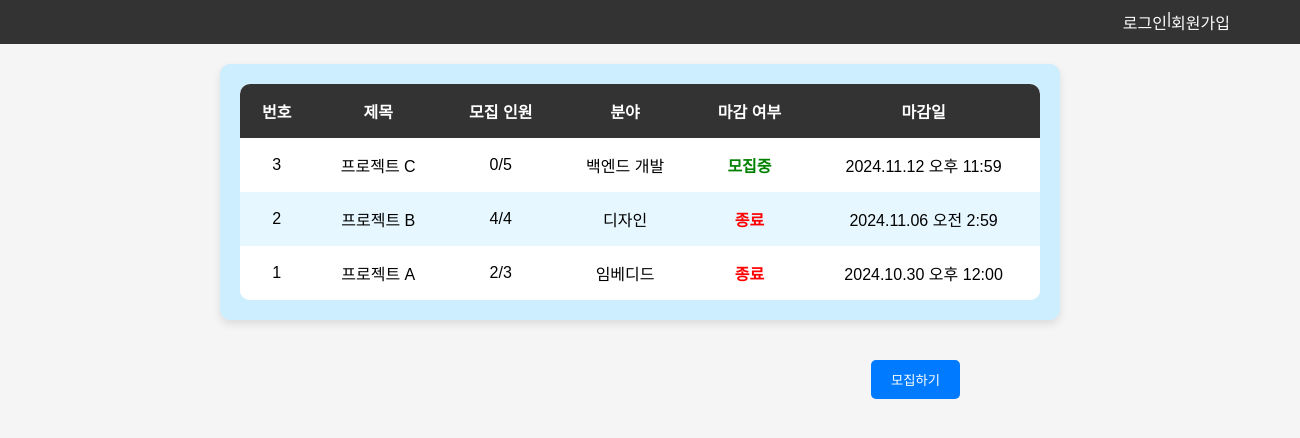
Repository: TUK-WEBSERIVCE/tuk-team-gem
Page: tuk-team-gem/src/main/webapp/main/mainPage.html
An editor plug-in stored every save of this project. The page is shown before and after the next save, followed by the edit.
The browser window is 1280 px wide. The page is 1300 px wide, so the pictures cover 1300 px, including what lies to the right of the window. The pictures show the whole page.

Above is the page before, as saved 2024-11-13 12:56:33.

After the next save:
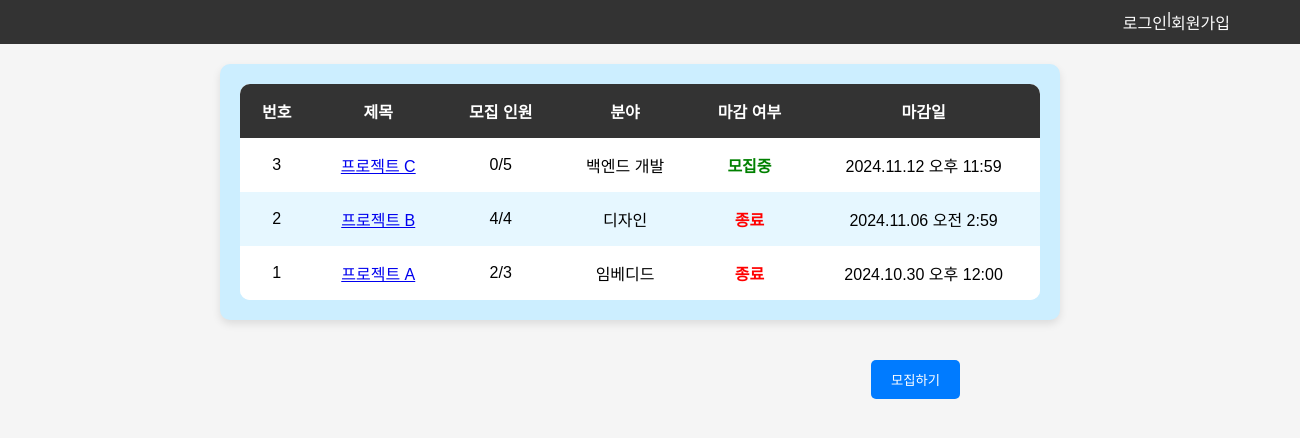
Saved 68 s later.
--- a/tuk-team-gem/src/main/webapp/main/mainPage.html
+++ b/tuk-team-gem/src/main/webapp/main/mainPage.html
@@ -119,7 +119,7 @@
             <tbody>
                 <tr>
                     <td>3</td>
-                    <td>프로젝트 C</td>
+                    <td><a href="#">프로젝트 C</a></td>
                     <td>0/5</td>
                     <td>백엔드 개발</td>
                     <td class="status-open">모집중</td>
@@ -127,7 +127,7 @@
                 </tr>
                 <tr>
                     <td>2</td>
-                    <td>프로젝트 B</td>
+                    <td><a href="#">프로젝트 B</a></td>
                     <td>4/4</td>
                     <td>디자인</td>
                     <td class="status-closed">종료</td>
@@ -135,7 +135,7 @@
                 </tr>
                 <tr>
                     <td>1</td>
-                    <td>프로젝트 A</td>
+                    <td><a href="#">프로젝트 A</a></td>
                     <td>2/3</td>
                     <td>임베디드</td>
                     <td class="status-closed">종료</td>
